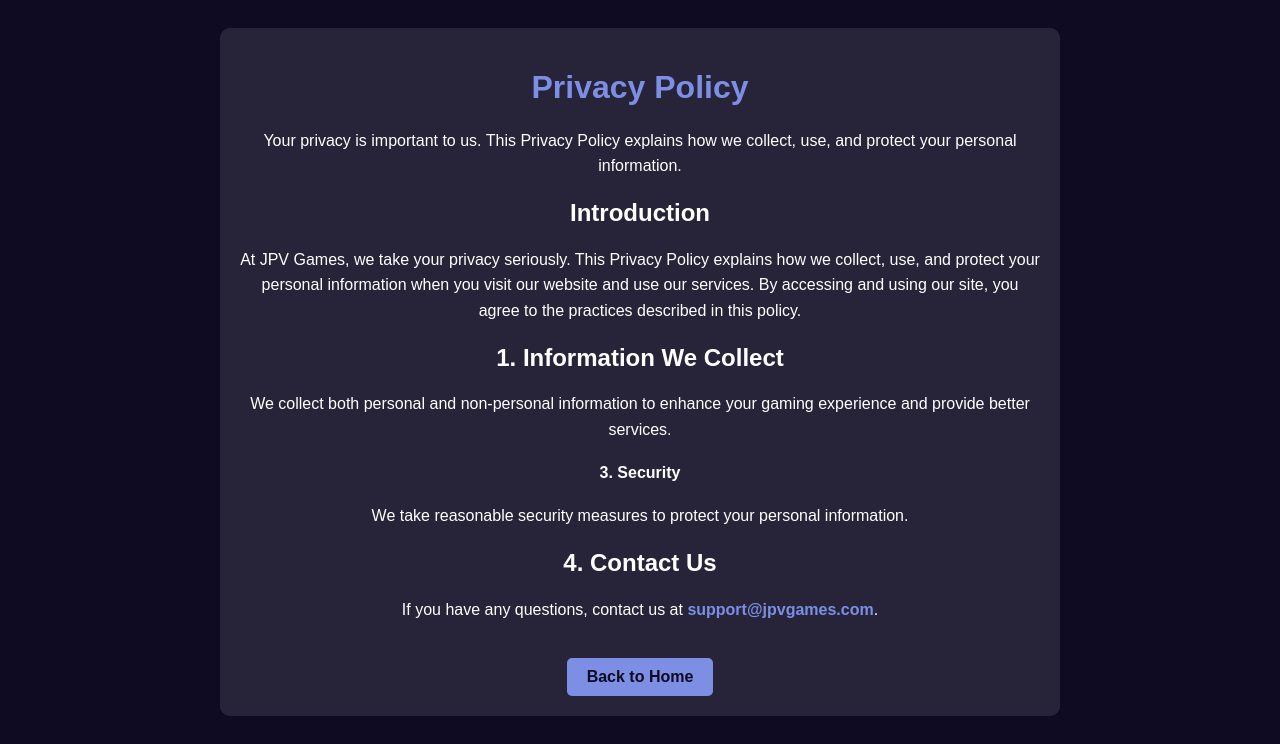
Repository: meenadabhii/jpygames.com
Page: http://localhost/privacy-policy.html
The author's editor kept a copy of each file at every save. The page is drawn from the files as they stood at one save, then again after a run of saves.
The browser window is 1280 px wide. The pictures show the whole page.
The page is served by the project's Node server (app.js).

Above is the page before, as saved 2025-02-08 10:41:27.

### nodejs/views/privacy-policy.html
<!DOCTYPE html>
<html lang="en">
<head>
    <meta charset="UTF-8">
    <meta name="viewport" content="width=device-width, initial-scale=1.0">
    <title>Privacy Policy</title>
    <style>
        body {
            background-color: #0e0b23; /* Dark background */
            color: #ffffff; /* White text */
            font-family: Arial, sans-serif;
            text-align: center;
            padding: 20px;
        }

        .container {
            max-width: 800px;
            margin: auto;
            background: rgba(255, 255, 255, 0.1);
            padding: 20px;
            border-radius: 10px;
        }

        h1 {
            color: #7c8fe4;;
        }

        p {
            line-height: 1.6;
        }

        a {
            color:#7c8fe4;;
            text-decoration: none;
            font-weight: bold;
        }

        a:hover {
            text-decoration: underline;
        }

        .button {
            display: inline-block;
            background: #7c8fe4;
            color: #0e0b23;
            padding: 10px 20px;
            border-radius: 5px;
            margin-top: 20px;
            text-decoration: none;
            font-weight: bold;
        }

        .button:hover {
            background: #4b69f0;
        }
    </style>
</head>
<body>
    <div class="container">
        <h1>Privacy Policy</h1>
        <p>Your privacy is important to us. This Privacy Policy explains how we collect, use, and protect your personal information.</p>

        <h2>Introduction</h2>
        <p>At JPV Games, we take your privacy seriously. This Privacy Policy explains how we collect, use, and protect your personal information when you visit our website and use our services. By accessing and using our site,
             you agree to the practices described in this policy.</p>

        <h2>1. Information We Collect</h2>
        <p>We collect both personal and non-personal information to enhance your gaming experience and provide better services.

        </p>
        <h4

        <h2>3. Security</h2>
        <p>We take reasonable security measures to protect your personal information.</p>

        <h2>4. Contact Us</h2>
        <p>If you have any questions, contact us at <a href="mailto:support@jpvgames.com">support@jpvgames.com</a>.</p>

        <a href="/" class="button">Back to Home</a>
    </div>
</body>
</html>

### nodejs/app.js

const express = require('express')
const app = express()
const port = 6600
const ejs = require('ejs')
const path = require('path')
const fs = require('fs')

app.use(express.static('public'))
app.set('views', path.join(__dirname,'/views'))
app.set('view engine', 'ejs')

const games = JSON.parse(fs.readFileSync('./game.json','utf-8'));

app.use(express.static(path.join(__dirname, 'public')));

app.get('/privacy-policy.html', (req, res) => {
    res.sendFile(path.join(__dirname, 'views', 'privacy-policy.html'));
});

app.get('/', (req, res) => {
    return res.render('home',{games});
})

app.get('/game/:name', (req, res) => {
    const find = games.filter(i => i.slug == req.params.name);
    const newdata = [...Array(8)].map(i => games[(Math.floor(Math.random() * games.length))]);

    if (!find.length) {
        return res.send('404')
    }
    return res.render('singel',{data:find[0], newdata});
})

app.get('/category/:name', (req, res) => {
    const find = games.filter(i => i.type == req.params.name);
    if (!find.length) {
        return res.send('404')
    }
    return res.render('category',{data:find});
})

app.get('/game/:name/play', (req, res) => {
    const find = games.filter(i => i.slug == req.params.name);
    if (!find.length) {
        return res.send('404')
    }
    return res.render('play',{data:find[0]});
})

app.listen(port, () => {
    console.log(`Example app listening on port ${port}`)
})

### nodejs/game.json
[
    {
        "slug":"up-hill-racing",
        "name":"Up Hill Racing",
        "img":"/image/uphillracing.png",
        "type":"sport",
        "url":"https://softgames.cdn.start.gg/9mw8rk6nb6kr/v2/index.html"
    },

    {
        "slug":"midnight-pool-classic",
        "name":"Midnight Pool Classic",
        "img":"/image/midnightpoolclassic.png",
        "type":"sport",
        "url":"https://poolrush.frvr.com/"
    },
    {
        "slug":"gameloft-sports-minigame",
        "name":"Gameloft Sports Minigame",
        "img":"/image/gameloftsportsminigame.png",
        "type":"action",
        "url":"https://cdn.ludigames.com/microsoft/start-gameloftSportsMinigameCollection/08-cdn/h5/gameloftSportsMinigameCollectionFree/play.html"
    },

    {
        "slug":"bike-racing",
        "name":"Bike Racing",
        "img":"/image/bikeracing.png",
        "type":"sport",
        "url":"https://softgames.cdn.start.gg/9pjmwr3lfc0d/v5/index.html"
    },
    {
        "slug":"solitaire-champions",
        "name":"Solitaire Champions",
        "img":"/image/solitairechampions.png",
        "type":"sport",
        "url":"https://hammerplay.cdn.start.gg/9nf29519b076/v1/index.html"
    },
    {
        "slug":"bubble-fall",
        "name":"Bubble Fall",
        "img":"/image/bubblefall.png",
        "type":"arcade",
        "url":"https://html5.suncs.io/bubble-fall/msg/"
    },

    {
        "slug":"idle-mining-empire",
        "name":"Idle Mining Empire",
        "img":"/image/idleminingempire.png",
        "type":"action",
        "url":"https://marketjs.cdn.start.gg/9n3wz0fzx1hr/v27/index.html"
    },
    {
        "slug":"harbor-operator",
        "name":"Harbor Operator",
        "img":"/image/harboroperator.png",
        "type":"action",
        "url":"https://marketjs.cdn.start.gg/9pbd0qpb8kwz/v5/index.html"
    },
    {
        "slug":"backgammon",
        "name":"Backgammon",
        "img":"/image/backgammon.png",
        "type":"arcade",
        "url":"https://marketjs.cdn.start.gg/9n7mfxkl7w06/v5/index.html"
    },
    {
        "slug":"hotel-manager",
        "name":"Hotel Manager",
        "img":"/image/hotelmanager.png",
        "type":"arcade",
        "url":"https://codethislab.cdn.start.gg/9mt20fq1f5zj/v1/index.html"
    },
    {
        "slug":"ultimate-tic-tac-toe",
        "name":"Ultimate Tic Tac Toe",
        "img":"/image/ultimatetictactoe.png",
        "type":"arcade",
        "url":"https://codethislab.cdn.start.gg/9p4z7gtl3mlh/v9/index.html"
    },
    {
        "slug":"island-of-treasures",
        "name":"Island of Treasures",
        "img":"/image/islandoftreasures.png",
        "type":"action",
        "url":"https://hammerplay.cdn.start.gg/9pk306zzrpr5/v6/index.html"
    },
    {
        "slug":"blackjack",
        "name":"Blackjack",
        "img":"/image/blackjack.png",
        "type":"sport",
        "url":"https://codethislab.cdn.start.gg/9mt4hk2d6rcn/v1/index.html"
    },
    {
        "slug":"roulette-royale",
        "name":"Roulette Royale",
        "img":"/image/rouletteroyale.png",
        "type":"sport",
        "url":"https://codethislab.cdn.start.gg/9pmdqv93xn3r/v1/index.html"
    },
    {
        "slug":"mk48",
        "name":"Mk48",
        "img":"/image/mk48.png",
        "type":"action",
        "url":"https://microsoft.mk48.io/"
    },
    {
        "slug":"parking-block",
        "name":"Parking Block",
        "img":"/image/parking-block.png",
        "type":"sport",
        "url":"https://codethislab.cdn.start.gg/9mwhlgqzrsf2/v1/index.html"
    },
    {
        "slug":"code-bananas",
        "name":"Code Bananas",
        "img":"/image/code-bananas.png",
        "type":"action",
        "url":"https://marketjs.cdn.start.gg/9nt6qmtc0mnc/v3/index.html"
    },
    {
        "slug":"stack-the-containers",
        "name":"Stack The Containers",
        "img":"/image/stack-the-containers.png",
        "type":"arcade",
        "url":"https://marketjs.cdn.start.gg/9pk2c9cd597r/v4/index.html"
    },
    {
        "slug":"secrets-of-charmland",
        "name":"Secrets of Charmland",
        "img":"/image/secrets-of-charmland.png",
        "type":"arcade",
        "url":"https://adventure.cleverappssg.com/publish/html5/msstart/"
    },
    {
        "slug":"stickman-brawl",
        "name":"Stickman Brawl",
        "img":"/image/stickman-brawl.png",
        "type":"arcade",
        "url":"https://marketjs.cdn.start.gg/9pmxzdnh0xcq/v9/index.html"
    },
    {
        "slug":"bricks-breaker-deluxe-crusher",
        "name":"Bricks Breaker Deluxe Crusher",
        "img":"/image/bricks-breaker-deluxe-crusher.png",
        "type":"arcade",
        "url":"https://playzool.com/games/bricksBreaker/"
    },
    {
        "slug":"planet-chaos",
        "name":"Planet Chaos",
        "img":"/image/planet-chaos.png",
        "type":"arcade",
        "url":"https://hammerplay.cdn.start.gg/9mtndqf7rjgg/v6/index.html"
    },

    {
        "slug":"jewel-academy",
        "name":"Jewel Academy",
        "img":"/image/jewel-academy.png",
        "type":"arcade",
        "url":"https://cdn.games.mobinozer.com/ext/msn/msn-jewel-academy/prod-msn/v7/"
    },
    {
        "slug":"tile-connect-master",
        "name":"Tile Connect Master",
        "img":"/image/tile-connect-master.png",
        "type":"arcade",
        "url":"https://tile-connect.sunfs.app/ms-games/"
    },
    {
        "slug":"4-pics-1-word",
        "name":"4 Pics 1 Word",
        "img":"/image/4-pics-1-word.png",
        "type":"arcade",
        "url":"https://start.4pics1word.app/"
    },
    {
        "slug":"candy-world-match3-mania",
        "name":"Candy World : match3 mania",
        "img":"/image/candy-world-match3-mania.png",
        "type":"arcade",
        "url":"https://playzool.com/games/candyWorldMM/"
    },
    {
        "slug":"spades",
        "name":"Spades",
        "img":"/image/spades.png",
        "type":"arcade",
        "url":"https://marketjs.cdn.start.gg/9n965bpl2zp1/v12/index.html"
    },
    {
        "slug":"candy-riddles-free-match-3-puzzle",
        "name":"Candy Riddles: Free Match 3 Puzzle",
        "img":"/image/candy-riddles-free-match-3-puzzle.png",
        "type":"arcade",
        "url":"https://riddles.labsystech.ru/publish/html5/msstart/"
    },

    {
        "slug":"cricket-frvr",
        "name":"Cricket FRVR",
        "img":"/image/cricket-frvr.png",
        "type":"sport",
        "url":"https://cricket.frvr.com/"
    },
    {
        "slug":"rally-champion",
        "name":"Rally Champion",
        "img":"/image/rally-champion.png",
        "type":"sport",
        "url":"https://marketjs.cdn.start.gg/9pmdcq52j3hj/v1/index.html"
    },

    {
        "slug":"hunter-hitman",
        "name":"Hunter Hitman",
        "img":"/image/hunter-hitman.png",
        "type":"action",
        "url":"https://marketjs.cdn.start.gg/9n8bq7npxbfw/v9/index.html"
    },

    {
        "slug":"bubbles",
        "name":"Bubbles",
        "img":"/image/bubbles.png",
        "type":"arcade",
        "url":"https://cdn.games.mobinozer.com/ext/msn/msn-bubbles/prod/v1/"
    },
    {
        "slug":"kite-play",
        "name":"Kite Play",
        "img":"/image/kite-play.png",
        "type":"action",
        "url":"https://cdn.ludigames.com/microsoft/start-kite/06-cdn/h5/kiteFree/play.html"
    },
    {
        "slug":"idle-hotel-empire",
        "name":"Idle Hotel Empire",
        "img":"/image/idle-hotel-empire.png",
        "type":"arcade",
        "url":"https://marketjs.cdn.start.gg/9n4rmz09hx1v/v7/index.html"
    },
    {
        "slug":"blockbuster-adventures-puzzle",
        "name":"BlockBuster: Adventures Puzzle",
        "img":"/image/blockbuster-adventures-puzzle.png",
        "type":"arcade",
        "url":"https://woodenblock.cleverappssg.com/publish/html5/msstart/"
    },
    {
        "slug":"ludo-classic-a-dice-game",
        "name":"Ludo classic : a dice game",
        "img":"/image/ludo-classic-a-dice-game.png",
        "type":"arcade",
        "url":"https://playzool.com/games/ludoClassicADG/"
    },
    {
        "slug":"basketball-all-stars",
        "name":"Basketball All Stars",
        "img":"/image/basketball-all-stars.png",
        "type":"sport",
        "url":"https://softgames.cdn.start.gg/9ndkp76s2h24/v10/index.html"
    },
    {
        "slug":"designville",
        "name":"Designville",
        "img":"/image/designville.png",
        "type":"arcade",
        "url":"https://ms-start.designville-merge.g.tapclap.com/"
    },
    {
        "slug":"darts-pro",
        "name":"Darts Pro",
        "img":"/image/darts-pro.png",
        "type":"sport",
        "url":"https://codethislab.cdn.start.gg/9n3n198l6zpj/v3/index.html"
    },
    {
        "slug":"pinball-basketball",
        "name":"Pinball Basketball",
        "img":"/image/pinball-basketball.png",
        "type":"sport",
        "url":"https://marketjs.cdn.start.gg/9n4wl4c46knl/v1/index.html"
    },
    {
        "slug":"midnight-pool-classic",
        "name":"Midnight Pool Classic",
        "img":"/image/midnight-pool-classic.png",
        "type":"sport",
        "url":"https://cdn.ludigames.com/microsoft/start-midnightPoolClassic/09-cdn/h5/midnightPoolClassicFree/"
    },
    {
        "slug":"dinosaurs-merge-master",
        "name":"Dinosaurs Merge Master",
        "img":"/image/dinosaurs-merge-master.png",
        "type":"action",
        "url":"https://dinosaurs-merge-master.sunfs.app/ms-games/"
    },
    {
        "slug":"drift-boss",
        "name":"Drift Boss",
        "img":"/image/drift-boss.png",
        "type":"action",
        "url":"https://marketjs.cdn.start.gg/9p4mrh7g580x/v10/index.html"
    },
    {
        "slug":"santa-parkour",
        "name":"Santa Parkour",
        "img":"/image/santa-parkour.png",
        "type":"arcade",
        "url":"https://marketjs.cdn.start.gg/9n7c9gz12jtz/v4/index.html"
    },
    {
        "slug":"rachel-holmes-find-differences",
        "name":"Rachel Holmes: find differences",
        "img":"/image/rachel-holmes-find-differences.png",
        "type":"arcade",
        "url":"https://differences.cleverappssg.com/publish/html5/msstart/"
    },
    {
        "slug":"liquid-puzzle-sort-the-colors",
        "name":"Liquid puzzle: sort the colors",
        "img":"/image/liquid-puzzle-sort-the-colors.png",
        "type":"arcade",
        "url":"https://playzool.com/games/liquidPuzzleSTC/"
    },
    {
        "slug":"puzzle-daily",
        "name":"Puzzle Daily",
        "img":"/image/puzzle-daily.png",
        "type":"arcade",
        "url":"https://puzzleplayz.us/g/tcap?domain=msngames.tribunecontentagency.com"
    },
    {
        "slug":"wood-block-puzzle",
        "name":"Wood Block Puzzle",
        "img":"/image/wood-block-puzzle.png",
        "type":"arcade",
        "url":"https://softgames.cdn.start.gg/9n81bzp5knxp/v10/index.html"
    },
    {
        "slug":"monopoly-sudoku",
        "name":"Monopoly Sudoku",
        "img":"/image/monopoly-sudoku.png",
        "type":"arcade",
        "url":"https://cdn.games.mobinozer.com/ext/monopoly_sudoku_microsoft/prod/3.1.3-0/"
    },
    {
        "slug":"solitaire-mahjong-juicy",
        "name":"Solitaire Mahjong Juicy",
        "img":"/image/solitaire-mahjong-juicy.png",
        "type":"arcade",
        "url":"https://softgames.cdn.start.gg/9pnq8c4vgsnr/v5/index.html"
    },
    {
        "slug":"merge-alphabet",
        "name":"Merge Alphabet",
        "img":"/image/merge-alphabet.png",
        "type":"arcade",
        "url":"https://marketjs.cdn.start.gg/9p46mtb82zkh/v19/index.html"
    },
    {
        "slug":"classic-nonogram",
        "name":"Classic Nonogram",
        "img":"/image/classic-nonogram.png",
        "type":"arcade",
        "url":"https://codethislab.cdn.start.gg/9np2059nr3db/v24/index.html"
    },
    {
        "slug":"ultimate-sudoku",
        "name":"Ultimate Sudoku",
        "img":"/image/ultimate-sudoku.png",
        "type":"arcade",
        "url":"https://codethislab.cdn.start.gg/9nkxp0kxmpdz/v1/index.html"
    },
    {
        "slug":"kubok-999",
        "name":"Kubok 999",
        "img":"/image/kubok-999.png",
        "type":"arcade",
        "url":"https://kubok.it/games/kubok-999/index-70.html"
    },
    {
        "slug":"lights",
        "name":"lights",
        "img":"/image/lights.png",
        "type":"arcade",
        "url":"https://codethislab.cdn.start.gg/9nkbwk7x5858/v1/index.html"
    },
    {
        "slug":"parking-panic",
        "name":"Parking panic",
        "img":"/image/parking-panic.png",
        "type":"arcade",
        "url":"https://playzool.com/games/parkingPanic/"
    }
]

After the next 2 saves:
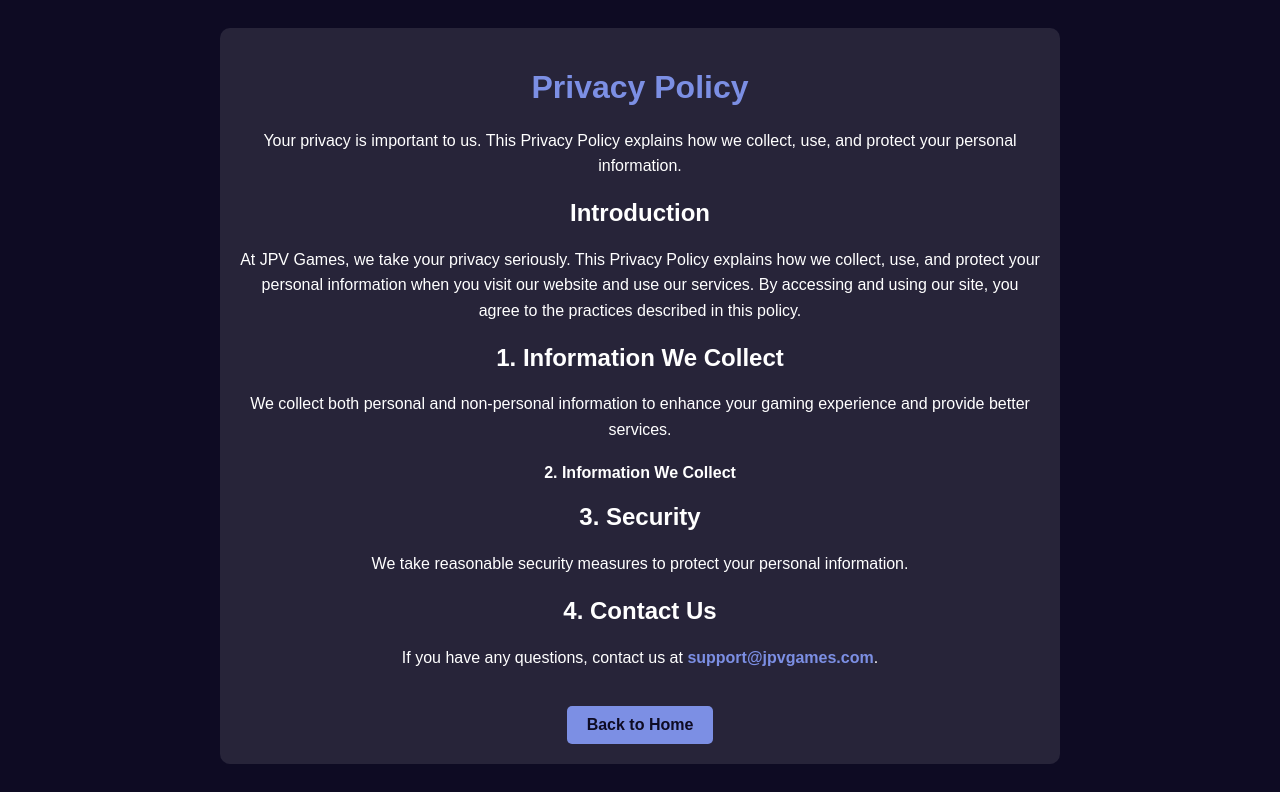
The 2 saves are shown as one change because they came seconds apart.
The last was saved 7 s later.
--- a/nodejs/views/privacy-policy.html
+++ b/nodejs/views/privacy-policy.html
@@ -68,7 +68,7 @@
         <p>We collect both personal and non-personal information to enhance your gaming experience and provide better services.
 
         </p>
-        <h4
+        <h4>2. Information We Collect</h4>
 
         <h2>3. Security</h2>
         <p>We take reasonable security measures to protect your personal information.</p>
